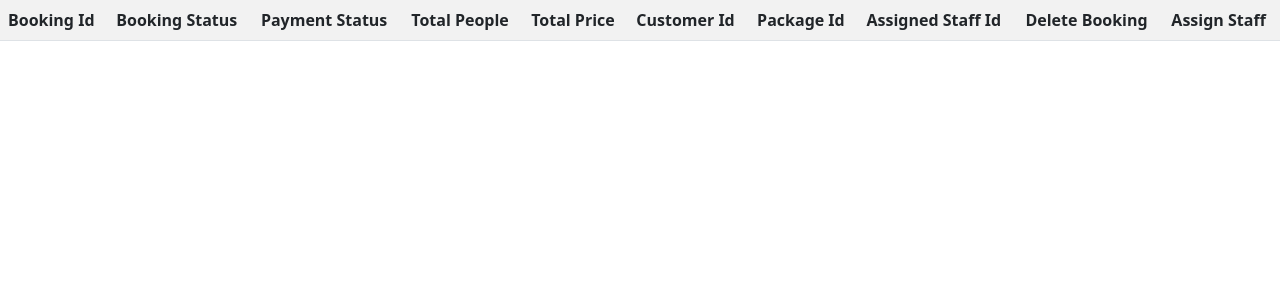
Repository: shivambhat45/Tour-Booking
Page: http://localhost/allBooking
The author's editor kept a copy of each file at every save. The page is drawn from the files as they stood at one save, then again after the next save.
The browser window is 1280 px wide. The pictures show the whole page.
Some web libraries are served in a nearby version. The page is this project's Thymeleaf template; nobody is signed in. The template is opened directly, without the code that normally fills it, so the values that code supplies are empty.

Above is the page before, as saved 2022-10-29 22:17:50.

### frontend-ui/src/main/resources/templates/allBooking.html
<!DOCTYPE html>
<html xmlns:th="http://www.thymeleaf.org">

<head>
	<meta charset="ISO-8859-1">
	<title>Home Page</title>
	<!-- CSS only -->
	<link href="https://cdn.jsdelivr.net/npm/bootstrap@5.2.2/dist/css/bootstrap.min.css" rel="stylesheet"
		integrity="sha384-Zenh87qX5JnK2Jl0vWa8Ck2rdkQ2Bzep5IDxbcnCeuOxjzrPF/et3URy9Bv1WTRi" crossorigin="anonymous">
</head>

<body>
	<div>
		<table class="table table-striped">
			<tr>
				<th>Booking Id </th>
				<th>Booking Status</th>
				<th>Payment Status</th>
				<th>Total People</th>
				<th>Total Price</th>
				<th>Customer Id</th>
				<th>Package Id</th>
				<th>Assigned Staff Id</th>
				<th>Delete Booking</th>
				<th>Assign Staff</th>
			</tr>

			<tr th:each="booking:${bookingList}">
				<td><span th:text="${booking.bookingId}"></span></td>
				<td><span th:text="${booking.bookingStatus}"></span></td>
				<td><span th:text="${booking.paymentStatus}"></span></td>
				<td><span th:text="${booking.totalPeople}"></span></td>
				<td><span th:text="${booking.totalPrice}"></span></td>
				<td><span th:text="${booking.customerId}"></span></td>
				<td><span th:text="${booking.packageId}"></span></td>
				<td><span th:text="${booking.staffId}"></span></td>
				<td><a th:href="@{deleteBooking(bookingId=${booking.bookingId})}">Delete</td>
				<td><a th:href="@{assignStaff(bookingId=${booking.bookingId})}">Assign Staff</td>

			</tr>
		</table>

	</div>


	<script src="https://code.jquery.com/jquery-3.2.1.slim.min.js"
		integrity="sha384-KJ3o2DKtIkvYIK3UENzmM7KCkRr/rE9/Qpg6aAZGJwFDMVNA/GpGFF93hXpG5KkN"
		crossorigin="anonymous"></script>
	<script src="https://cdn.jsdelivr.net/npm/popper.js@1.12.9/dist/umd/popper.min.js"
		integrity="sha384-ApNbgh9B+Y1QKtv3Rn7W3mgPxhU9K/ScQsAP7hUibX39j7fakFPskvXusvfa0b4Q"
		crossorigin="anonymous"></script>
	<script src="https://cdn.jsdelivr.net/npm/bootstrap@4.0.0/dist/js/bootstrap.min.js"
		integrity="sha384-JZR6Spejh4U02d8jOt6vLEHfe/JQGiRRSQQxSfFWpi1MquVdAyjUar5+76PVCmYl"
		crossorigin="anonymous"></script>

</body>

</html>

After the next save:
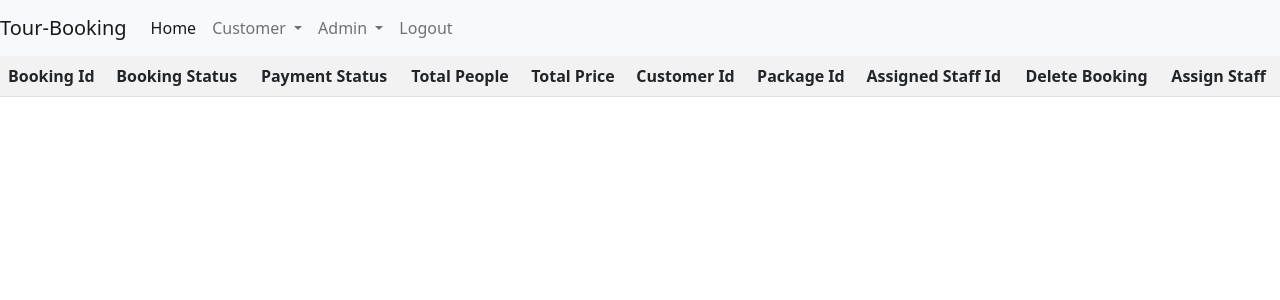
Saved 43 s later.
--- a/frontend-ui/src/main/resources/templates/allBooking.html
+++ b/frontend-ui/src/main/resources/templates/allBooking.html
@@ -10,6 +10,44 @@
 </head>
 
 <body>
+	<nav class="navbar navbar-expand-lg navbar-light bg-light">
+		<a class="navbar-brand" href="/home">Tour-Booking</a>
+		<button class="navbar-toggler" type="button" data-toggle="collapse" data-target="#navbarNavAltMarkup"
+			aria-controls="navbarNavAltMarkup" aria-expanded="false" aria-label="Toggle navigation">
+			<span class="navbar-toggler-icon"></span>
+		</button>
+		<div class="collapse navbar-collapse" id="navbarNavAltMarkup">
+			<div class="navbar-nav">
+				<a class="nav-item nav-link active" href="/home">Home <span class="sr-only"></span></a>
+				<li class="nav-item dropdown">
+					<a class="nav-link dropdown-toggle" href="#" id="navbarDropdown" role="button"
+						data-toggle="dropdown" aria-haspopup="true" aria-expanded="false">
+						Customer
+					</a>
+					<div class="dropdown-menu" aria-labelledby="navbarDropdown">
+						<a class="dropdown-item" href="home">Book tour (Click on Id of Package)</a>
+						<a class="dropdown-item" href="#">Another action</a>
+						<div class="dropdown-divider"></div>
+						<a class="dropdown-item" href="#">Something else here</a>
+					</div>
+				</li>
+				<li class="nav-item dropdown">
+					<a class="nav-link dropdown-toggle" href="#" id="navbarDropdown" role="button"
+						data-toggle="dropdown" aria-haspopup="true" aria-expanded="false">
+						Admin
+					</a>
+					<div class="dropdown-menu" aria-labelledby="navbarDropdown">
+						<a class="dropdown-item" href="listUsers">List Users</a>
+						<a class="dropdown-item" href="createPackage">Create Package</a>
+						<div class="dropdown-divider"></div>
+						<a class="dropdown-item" href="listBooking">List Booking</a>
+					</div>
+				</li>
+				<a class="nav-item nav-link" href="/logout">Logout</a>
+			</div>
+		</div>
+	</nav>
+
 	<div>
 		<table class="table table-striped">
 			<tr>
